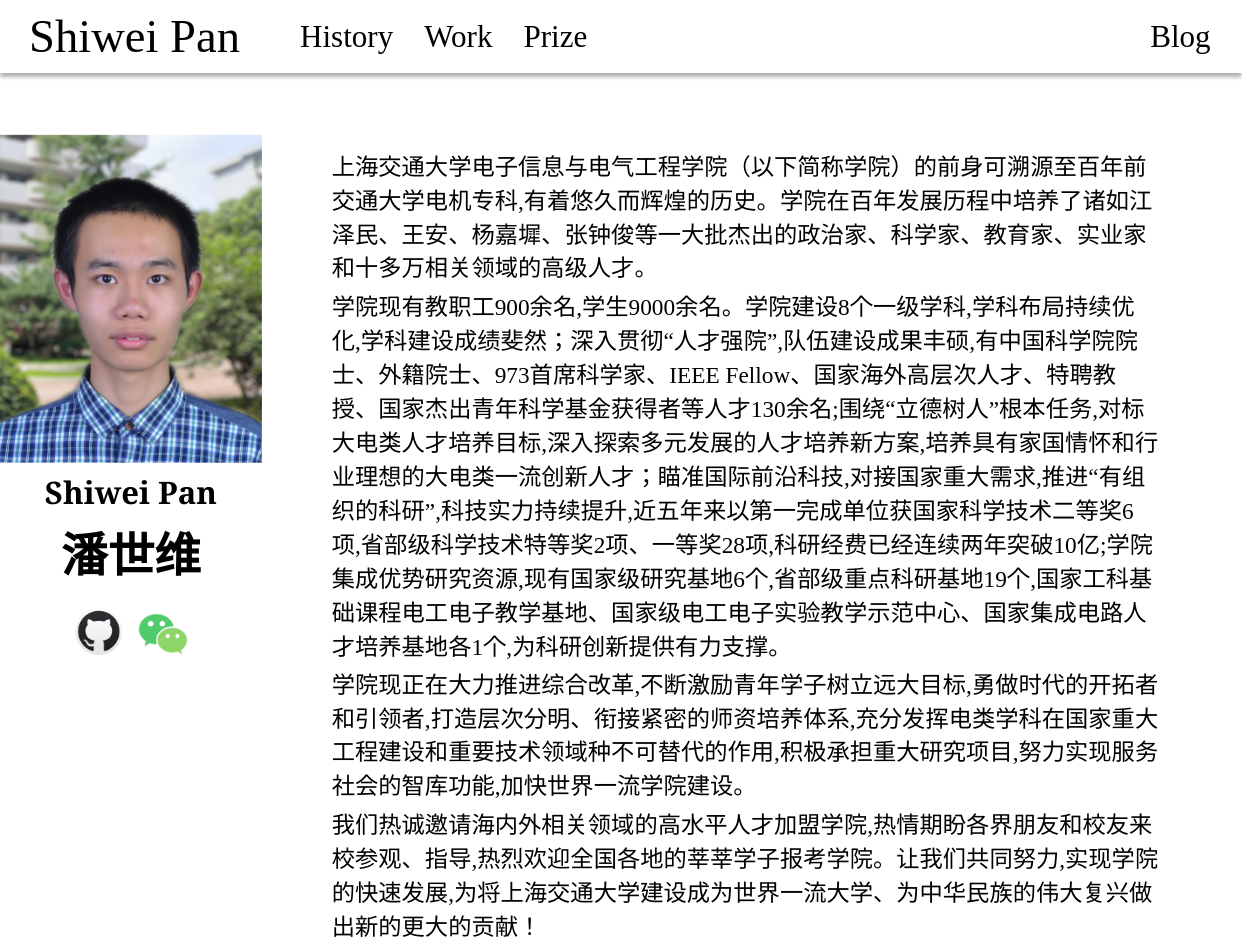
Repository: erikpsw/web
Page: new/psw.html
The author's editor kept a copy of each file at every save. The page is drawn from the files as they stood at one save, then again after the next save.
The browser window is 1280 px wide. The pictures show the whole page, at 97% of full size.

Above is the page before, as saved 2022-06-17 08:43:09.

After the next save:
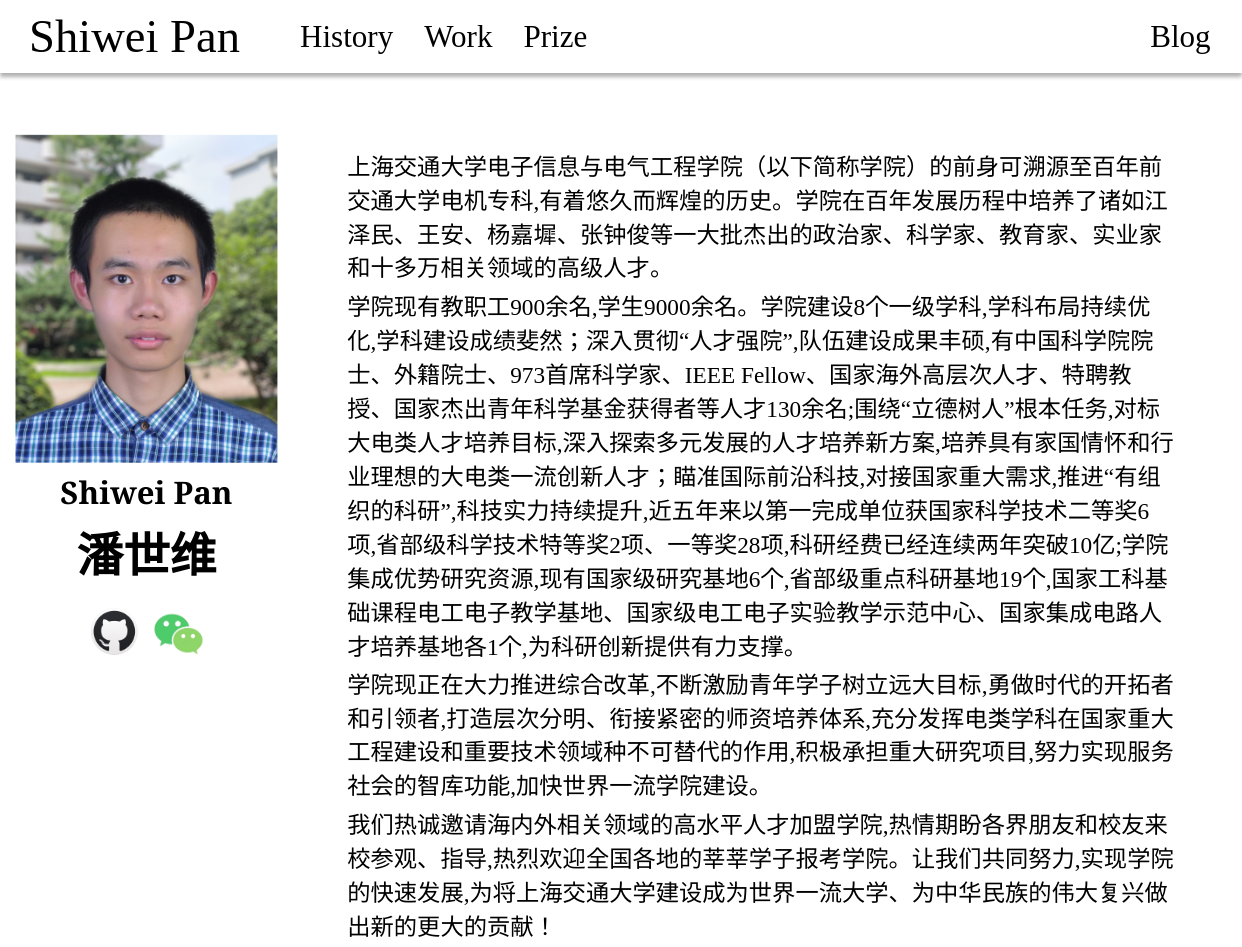
Saved 48 s later.
--- a/new/styles.css
+++ b/new/styles.css
@@ -40,6 +40,7 @@
 }
 
 #profile{
+    padding-left: 1em;
     box-sizing: border-box;
     float: left;
     text-align: center;
